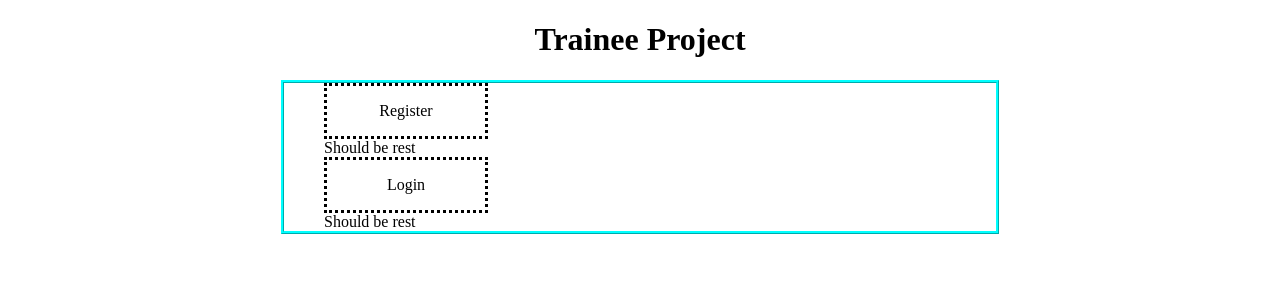
Repository: LsCodeMaster/Training
Page: Trainee/WebContent/trainee.html
These files come from the project's save history. The page is drawn as it stood at one moment and after the next save; the edit follows.
The browser window is 1280 px wide. The pictures show the whole page.

Above is the page before, as saved 2015-09-15 09:55:33.

### Trainee/WebContent/trainee.html
<!DOCTYPE html>
<html>
<head>
<meta charset="ISO-8859-1">
<title>Trainee Project</title>
<link type = "text/css" href="css/style.css" rel="stylesheet">
</head>
<body>
	<h1>Trainee Project</h1>
	<div class="centeredBox">
		<div>
			<div class="loginType">
				<p>Register</p>
			</div>
			<div class="border">
				Should be rest
			</div>
		</div>
		<div>
			<div class="loginType">
				<p>Login</p>
			</div>
			<div class="border">
				Should be rest
			</div>
		</div>
	</div>
</body>
</html>

### Trainee/WebContent/css/style.css
.centeredBox{
    margin: auto;
	border-style: ridge;
	border-color: aqua;
	width: 50%;
	padding: 40 px;
	padding-left: 40px;
	padding-right: 40px;
	div{
	}
}
.centeredBox .loginType{
	width: 25%;
	border-style: dotted;
	text-align: center;
}
h1{
    text-align: center;
}

After the next save:
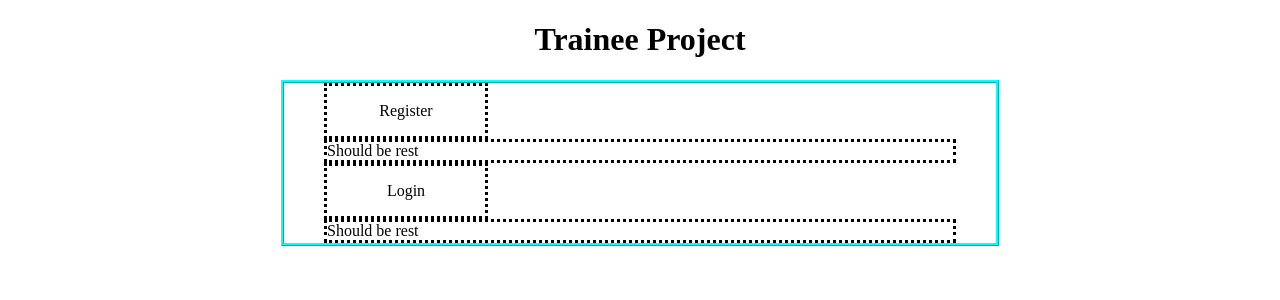
Saved 17 s later.
--- a/Trainee/WebContent/css/style.css
+++ b/Trainee/WebContent/css/style.css
@@ -17,3 +17,6 @@
 h1{
     text-align: center;
 }
+.border{
+	border-style: dotted;
+}
